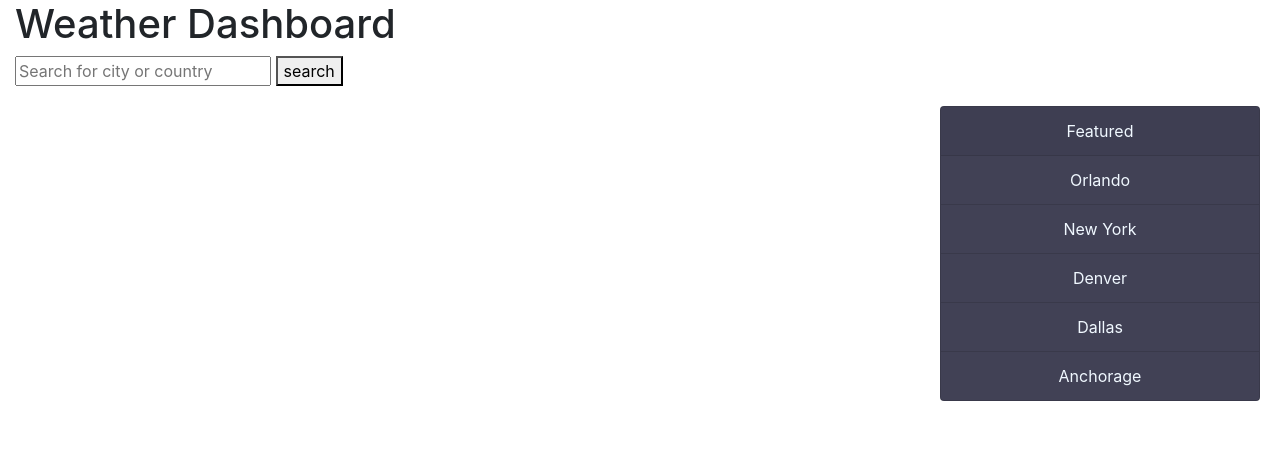
Repository: cobalt88/weather-forecast-app
Page: index.html
These files come from the project's save history. The page is drawn as it stood at one moment and after the next save; the edit follows.
The browser window is 1280 px wide. The pictures show the whole page.
Some web libraries are served in a nearby version.

Above is the page before, as saved 2022-05-21 16:55:29.

### index.html
<!DOCTYPE html>
<html lang="en">
  <head>
    <meta charset="UTF-8" />
    <meta http-equiv="X-UA-Compatible" content="IE=edge" />
    <meta name="viewport" content="width=device-width, initial-scale=1.0" />
    <link
      rel="stylesheet"
      href="https://stackpath.bootstrapcdn.com/bootstrap/4.3.1/css/bootstrap.min.css"
    />
    <link
      rel="stylesheet"
      href="https://use.fontawesome.com/releases/v5.8.1/css/all.css"
      integrity="sha384-50oBUHEmvpQ+1lW4y57PTFmhCaXp0ML5d60M1M7uH2+nqUivzIebhndOJK28anvf"
      crossorigin="anonymous"
    />
    <link
      href="https://fonts.googleapis.com/css?family=Open+Sans&display=swap"
      rel="stylesheet"
    />

    <link href="./assets/style.css" rel="stylesheet" />
    <title>Weather</title>
  </head>

  <body>
    <header>
      <h1 class="center col-12">Weather Dashboard</h1>
    </header>
    <div class="col-xl-4 col-lg-4 col-md-4 col-sm-4 col-4">
      <input
        type="text"
        id="searchInput"
        placeholder="Search for city or country"
      />
      <button type="button" id="search-button">search</button>
    </div>
    <div id="current-day" class="cardContainer">


    </div>
    <div id="5-day-container" class="cardContainer">
    </div>
    <script src="https://code.jquery.com/jquery-3.4.1.min.js"></script>
    <script src="https://cdnjs.cloudflare.com/ajax/libs/moment.js/2.20.1/moment.min.js"></script>
    <script src="./assets/logic_2.js"></script>
  </body>
</html>

### assets/style.css
.card {
  display: flex;
  background-color: rgb(65, 65, 85);
  color: aliceblue;
  margin: 20px;
}

.history-card {
  display: flex;
  justify-content: flex-start;
  width: 25%;
  text-align: center;
}

.list-group-item {
  background-color: rgb(65, 65, 85);
}

#today {
  display: flex;
  width: 60%;
  max-height: 500px;
  align-self: flex-end;
}

img {
  max-height: 100px;
  max-width: 100px;
}

.cardContainer {
  display: flex;
  flex-direction: row;
  justify-content: flex-end;
  flex-wrap: wrap;
}

.cityList {
  display: flex;
  flex-direction: row;
  width: 25%;
  max-width: 500px;
}

.uvMin{
  color: green;
}

.uvModerate {
  color: rgb(254, 254, 68);
}

.uvHigh {
  color: orange;
}

.uvSevere {
  color: red;
}

.uvExtreme {
  color: violet
}

### assets/logic_2.js

const apiKey = '486a30fe2a4040f404391459060015ad';
var displayArr = [];
var geoArr = [];
var oneCallDataArr = [];
var searchInput = localStorage.getItem('lastSearch');
var lat = '';
var lon = '';
var forecastContainer = document.getElementById('5-day-container');
var currentDay = document.getElementById('current-day');
const history = document.getElementById('history');
const historyArr = ['Orlando', 'New York', 'Denver', 'Dallas', 'Anchorage'];

function geoLocate() {
  var requestLocationUrl = `https://api.openweathermap.org/geo/1.0/direct?q=${searchInput}&limit=1&appid=${apiKey}`
  fetch(requestLocationUrl)
  .then(function(response){
    return response.json();
  })
  .then(function(currentLocation) {
    let tempArr = [];
    tempArr.push(currentLocation);
    geoArr = tempArr;
    let lat2 = geoArr[0][0].lat;
    lat = lat2;
    let lon2 = geoArr[0][0].lon;
    lon = lon2;
  })
.then(function(){
    oneCall();
  });
};

function oneCall() {
  let oneCallApi = `https://api.openweathermap.org/data/2.5/onecall?lat=${lat}&lon=${lon}&exclude=minutely&appid=${apiKey}`
  fetch(oneCallApi)
  .then(function(response){
    return response.json();
  })
  .then(function(allData) {
    let tempArr = [];
    tempArr.push(allData)
    oneCallDataArr = tempArr;
    forecastDisplayHandler();
  })
  .then(function(){
    // console.log(oneCallDataArr)
  })
};

  function kelvinToImperial (x) {
    Math.round((x - 273.15) * 1.8 + 32);
  }



const forecastDisplayHandler = async() => {
  forecastContainer.innerHTML = '';
  var now = moment().format('dddd MMMM do YYYY, h:mm a');
  var currentCity = geoArr[0][0].name;
  //note to self, add function to convert current time to unix time with moments and compare to values in this object to get current temp
  let tempKd = oneCallDataArr[0].daily[0].temp.day;
  let tempKmax = oneCallDataArr[0].hourly[0].temp.max;
  let tempKmin = oneCallDataArr[0].daily[0].temp.min;
  let tempKe = oneCallDataArr[0].daily[0].temp.eve;

  let tempFd = Math.round((tempKd - 273.15) * 1.8 + 32);
  let tempFmin = Math.round((tempKmin - 273.15) * 1.8 + 32);
  let tempFmax = Math.round((tempKmax - 273.15) * 1.8 + 32);
  let tempFe = Math.round((tempKe - 273.15) * 1.8 + 32);

  let windSpeed = oneCallDataArr[0].daily[0].wind_speed;
  let windGust = oneCallDataArr[0].daily[0].wind_gust;
  let windDir = oneCallDataArr[0].daily[0].wind_deg;
  let humidity = oneCallDataArr[0].daily[0].humidity;
  let uvIndex = oneCallDataArr[0].daily[0].uvi;
  let icon = oneCallDataArr[0].daily[0].weather[0].icon;
  let uvStyle = (uvIndex < 2) ? 'uvMin' : (uvIndex < 5) ? 'uvModerate' : (uvIndex < 7) ? 'uvHigh' : (uvIndex < 10) ? 'uvSevere' : 'uvExtreme';


  let iconSrc = `https://openweathermap.org/img/wn/${icon}@2x.png`

   currentDay.innerHTML =
  `
    <div class="card" id="today">
    <h2 id="city">${currentCity}</h2>
    <h4 id="date">${now}</h4>
    <img src="${iconSrc}" alt="Weather Icon">
    <p id="weather-${i}></p>
    <p id="temp-${i}">Day Temp: ${tempFd}</p>
    <p id="temp-${i}">Evening Temp: ${tempFe}</p>
    <p id="temp-${i}">Max Temp: ${tempFmax}</p>
    <p id="temp-${i}">Min Temp: ${tempFmin}</p>
    <p id="wind-${i}">Average Wind Speed: ${windSpeed}</p>
    <p id="wind-${i}">Wind Gust: ${windGust}</p>
    <p id="humidity-${i}">Relative Humidity: ${humidity}%</p>
    <p id="uv-index${i}" class="${uvStyle}">UV Index: ${uvIndex}</p>
    </div>`;



for (var i = 1; i < 6; i++) {

  let unixTime = oneCallDataArr[0].daily[i].dt;
  let dateString = moment.unix(unixTime).format("MM/DD/YYYY");

  let tempKd = oneCallDataArr[0].daily[i].temp.day;
  let tempKe = oneCallDataArr[0].daily[i].temp.eve;
  let tempKmax = oneCallDataArr[0].daily[i].temp.max;
  let tempKmin = oneCallDataArr[0].daily[i].temp.min;

  let tempFd = Math.round((tempKd - 273.15) * 1.8 + 32);
  // let tempFd = kelvinToImperial(tempKd);
  let tempFe = Math.round((tempKe - 273.15) * 1.8 + 32);
  let tempFmin = Math.round((tempKmin - 273.15) * 1.8 + 32);
  let tempFmax = Math.round((tempKmax - 273.15) * 1.8 + 32);

  let humidity = oneCallDataArr[0].daily[i].humidity;
  let uvIndex = oneCallDataArr[0].daily[i].uvi;
  let icon = oneCallDataArr[0].daily[i].weather[0].icon;
  let uvStyle = (uvIndex < 2) ? 'uvMin' : (uvIndex < 5) ? 'uvModerate' : (uvIndex < 7) ? 'uvHigh' : (uvIndex < 10) ? 'uvSevere' : 'uvExtreme';


  let iconSrc = `https://openweathermap.org/img/wn/${icon}@2x.png`

  forecastContainer.innerHTML +=
      `
      <div id="day ${i}" class="card col-2">
        <h2 id="date" class="card-title">${dateString}</h2>
          <img src="${iconSrc}" class="card-img-top" alt="Weather Icon"/>
            <p id="weather-${i}></p>
            <p id="temp-${i}">Max Temp: ${tempFmin}</p>
            <p id="temp-${i}">Min Temp: ${tempFmax}</p>
            <p id="humidity-${i}">Relative Humidity: ${humidity}%</p>
            <p id="uv-index${i}" class="${uvStyle}">UV Index: ${uvIndex}</p>
      </div>
    `
};
}



const storage = () => {
  storedStuff = localStorage.getItem(city);
  history.push(storedStuff);
}

function displayHistory() {
for(var i = 0; i < searchHistoryArr.length; i++) {

  if (i < 5) {
    var text = searchHistoryArr[i];

    historyContainer.innerHTML +=
      `<li>${text}</li>`
    }
  }
}

$("#search-button").on("click", function () {
  searchInput = $(this).siblings("#searchInput").val();
  localStorage.setItem('city', searchInput);
  geoLocate();
  storage();
});

$(".list-group-item").on("click", function(){
  console.log($(this))
})



$(document).ready(function(){
  currentDay.innerHTML = `
  <div class="card history-card" id="history" style="">
  <div class="card-header">
    Featured
  </div>
  <ul class="list-group list-group-flush">
    <li class="list-group-item"> ${historyArr[0]} </li>
    <li class="list-group-item"> ${historyArr[1]} </li>
    <li class="list-group-item"> ${historyArr[2]} </li>
    <li class="list-group-item"> ${historyArr[3]} </li>
    <li class="list-group-item"> ${historyArr[4]} </li>
  </ul>
  </div>
`;

console.log(historyArr[0])
  // loadStorage()
  // displayHistory()
} );

After the next save:
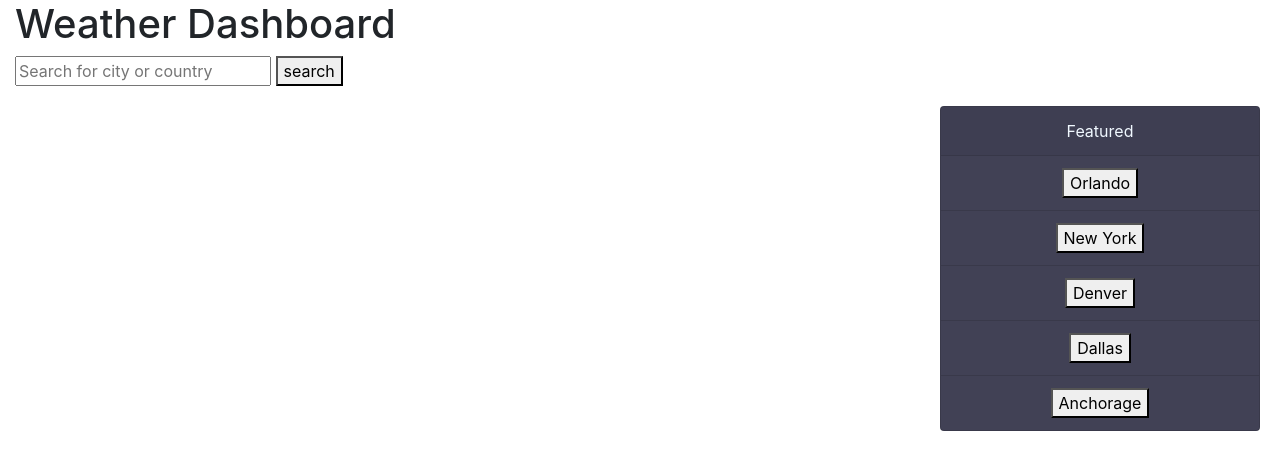
Saved 5 min 11 s later.
--- a/assets/logic_2.js
+++ b/assets/logic_2.js
@@ -165,8 +165,8 @@ $("#search-button").on("click", function () {
 });
 
 $(".list-group-item").on("click", function(){
-  console.log($(this))
-})
+  console.log($(this));
+});
 
 
 
@@ -177,11 +177,11 @@ $(document).ready(function(){
     Featured
   </div>
   <ul class="list-group list-group-flush">
-    <li class="list-group-item"> ${historyArr[0]} </li>
-    <li class="list-group-item"> ${historyArr[1]} </li>
-    <li class="list-group-item"> ${historyArr[2]} </li>
-    <li class="list-group-item"> ${historyArr[3]} </li>
-    <li class="list-group-item"> ${historyArr[4]} </li>
+    <li class="list-group-item"><button type="button" class="list-button"> ${historyArr[0]} </button></li>
+    <li class="list-group-item"><button type="button" class="list-button"> ${historyArr[1]} </button></li>
+    <li class="list-group-item"><button type="button" class="list-button"> ${historyArr[2]} </button></li>
+    <li class="list-group-item"><button type="button" class="list-button"> ${historyArr[3]} </button></li>
+    <li class="list-group-item"><button type="button" class="list-button"> ${historyArr[4]} </button></li>
   </ul>
   </div>
 `;
